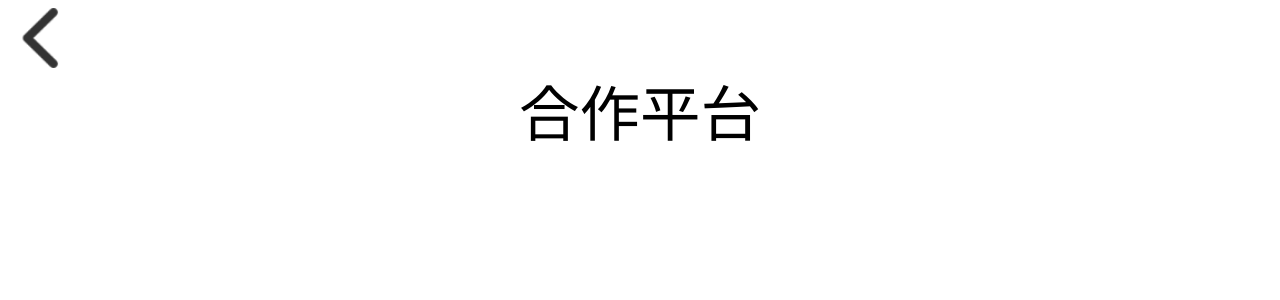
Repository: GgoodBoy/js-object
Page: jquery懒加载/platObj/platForm.html
These files come from the project's save history. The page is drawn as it stood at one moment and after the next save; the edit follows.
The browser window is 1280 px wide. The pictures show the whole page.
Some web libraries are served in a nearby version.

Above is the page before, as saved 2019-10-15 13:50:00.

After the next save:
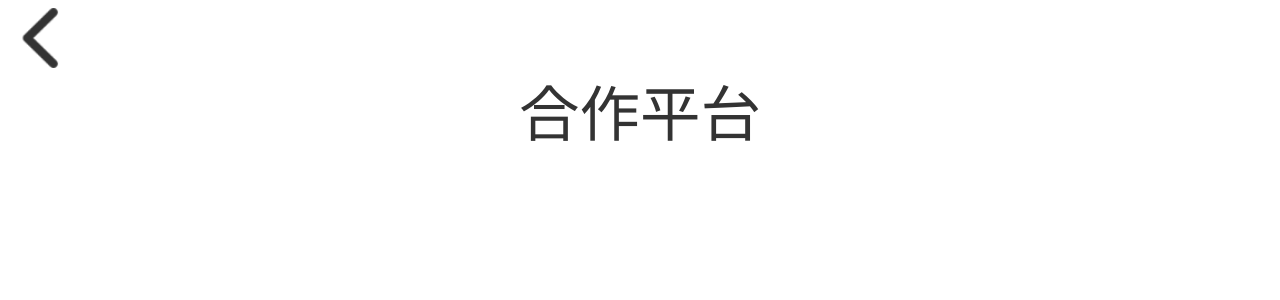
Saved 28 s later.
--- a/jquery懒加载/platObj/platForm.html
+++ b/jquery懒加载/platObj/platForm.html
@@ -55,6 +55,7 @@
     font-size: 0.36rem;
     line-height: 1.28rem;
     bottom: 0.4rem;
+    color: #333333;
 }
 #platFormId .titleNav .imgInf{
     position: absolute;
